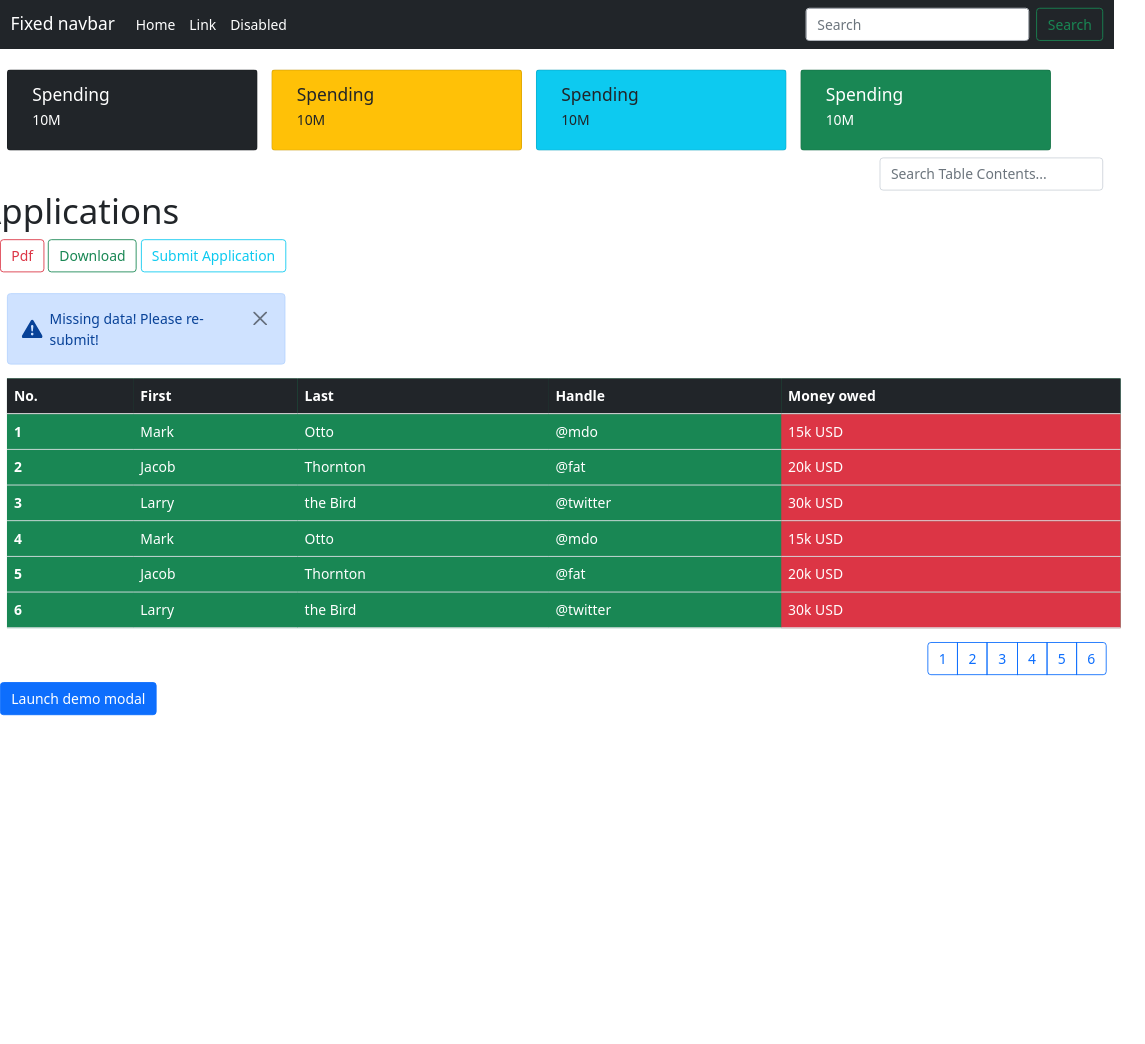
Repository: Dayvid0/BOOTSTRAP-TUTORIALS
Page: BOOTSTRAP-GRID-LAYOUTS/zylo.html
The author's editor kept a copy of each file at every save. The page is drawn from the files as they stood at one save, then again after the next save.
The browser window is 1280 px wide. The page is 1292 px wide, then 1316 px, so the pictures cover 1316 px, including what lies to the right of the window. The pictures show the whole page, at 87% of full size.

Above is the page before, as saved 2025-02-01 09:34:01.

After the next save:
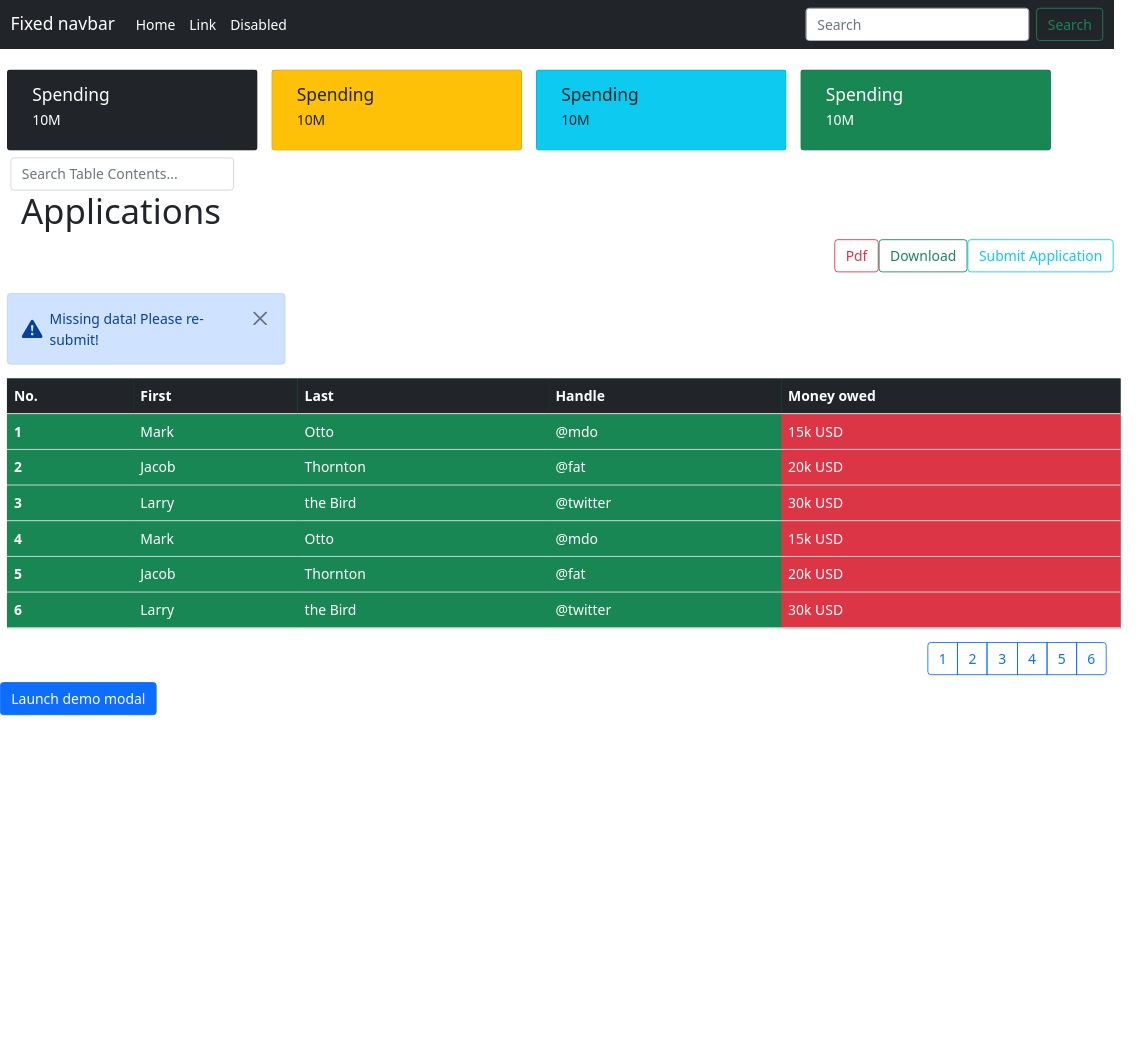
Saved 43 s later.
--- a/BOOTSTRAP-GRID-LAYOUTS/zylo.html
+++ b/BOOTSTRAP-GRID-LAYOUTS/zylo.html
@@ -68,12 +68,12 @@
         </div>
       </div>
     </nav>
-      <div class="row  d-flex justify-content-end">
+      <div class="row  ">
         <input class="form-control  mx-4 w-auto " type="search" placeholder="Search Table Contents..." aria-label="Search">
         <h1 class="mx-4">Applications</h1>
       </div>
       <!--buttons-->
-      <div class="col pb-4 " style="justify-content: end;">
+      <div class="col pb-4 d-flex justify-content-end ">
         <button type="button" class="btn btn-outline-danger">Pdf</button>
         <button type="button" class="btn btn-outline-success">Download</button>
         <button type="button" class="btn btn-outline-info">Submit Application</button>
